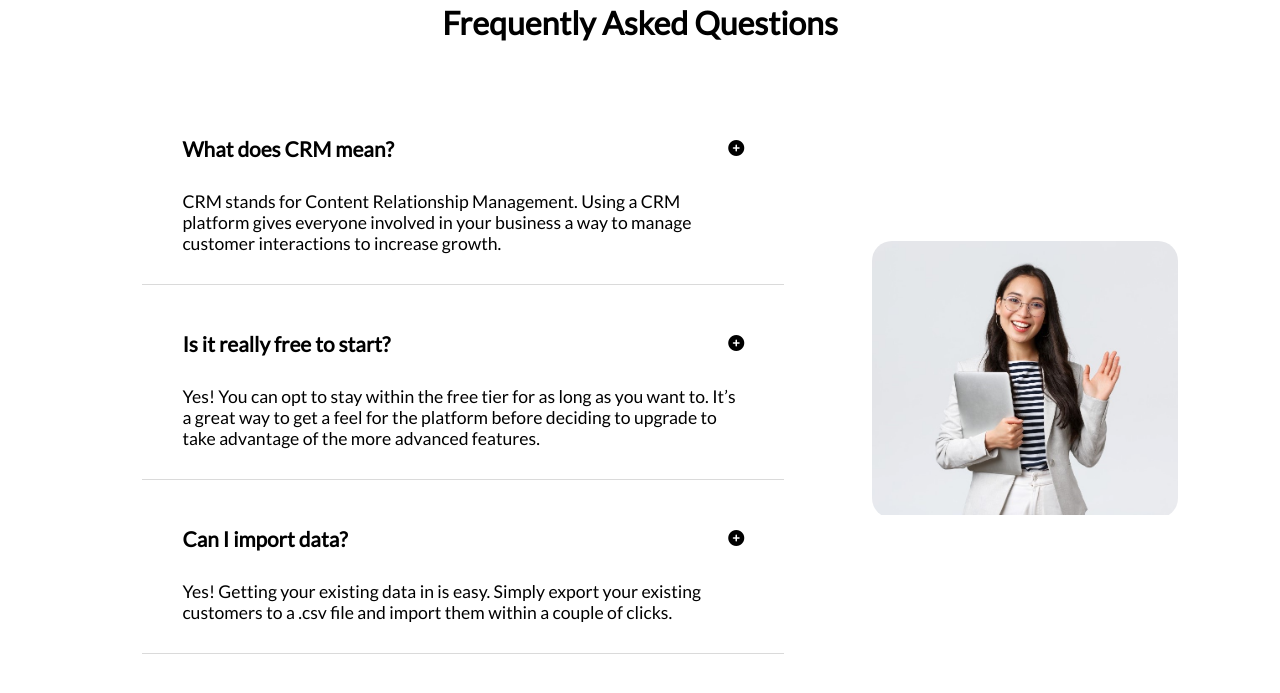
Repository: emiliaiwu/faq_component
Page: index.html
An editor plug-in stored every save of this project. The page is shown before and after the next save, followed by the edit.
The browser window is 1280 px wide. The pictures show the whole page.
Some web libraries are served in a nearby version.

Above is the page before, as saved 2022-12-13 16:12:40.

### index.html
<!DOCTYPE html>
<html lang="en">
<head>
    <meta charset="UTF-8">
    <meta http-equiv="X-UA-Compatible" content="IE=edge">
    <meta name="viewport" content="width=device-width, initial-scale=1.0">
    <link rel="stylesheet" href="style.css">
    <script src="https://kit.fontawesome.com/fd9c36575f.js" crossorigin="anonymous"></script>
    <title>FAQ Component</title>
</head>
<body>
        <h2>Frequently Asked Questions</h2>
        <article class="faq_component">
            <div class="faq_container">
                <div class="faq_content active">
                    <div class="faq_header">
                        <h3>What does CRM mean?</h3>
                        <i class="fa-solid fa-circle-plus"></i>
                    </div>
                    <div class="content_wrap">
                        <p class="content hidden">
                            CRM stands for Content Relationship Management. Using a CRM platform gives everyone involved in your business a way to manage customer interactions to increase growth.
                        </p>
                    </div>
                </div>

                <div class="faq_content">
                    <div class="faq_header">
                        <h3>Is it really free to start?</h3>
                        <i class="fa-solid fa-circle-plus"></i>
                    </div>
                    <div class="content_wrap">
                        <p class="content hidden">
                            Yes! You can opt to stay within the free tier for as long as you want to. It’s a great way to get a feel for the platform before deciding to upgrade to take advantage of the more advanced features.
                        </p>
                    </div>
                </div>

                <div class="faq_content">
                    <div class="faq_header">
                        <h3>Can I import data?</h3>
                        <i class="fa-solid fa-circle-plus"></i>
                    </div>
                    <div class="content_wrap">
                         <p class="content hidden">
                            Yes! Getting your existing data in is easy. Simply export your existing customers to a .csv file and import them within a couple of clicks.
                        </p>
                    </div>
                </div>
            </div>
            <div class="faq_image">
                <img src="img/meeting.jpg" alt="">
            </div>
        </article>
 <script src="script.js"></script>
</body>
</html>

### style.css
@import url('https://fonts.googleapis.com/css2?family=Lato:wght@300;400&display=swap');

* {
    margin: 0;
    padding: 0;
    box-sizing: border-box;
}

body {
    font-family: 'Lato', sans-serif;
    max-width: 100vw;
    min-height: 100vh;
    flex-direction: column;

}

body,
.faq_component,
.faq_container {
    display: flex;
    align-items: center;
    justify-content: center;

}


/* TYPOGRAPHY */
h2 {
    text-align: center;
    font-size: 2rem;
    font-family: inherit;

}

h3 {
    font-size: 1.3rem;
    font-family: inherit;
}

p {
    font-size: 1.1rem;
    font-family: inherit;
    height: 100%;
}



/* MAIN BODY */
.faq_component {
    margin: 4rem 8vw;
    gap: 3rem;
}

.faq_image {
    max-width: 800px;
    /* width: 100%; */
    border-radius: 20px;
    overflow: hidden;
}

img {
    width: 100%;
    height: auto;
}

.faq_container {
    padding: 0 40px;
    flex-direction: column;
    gap: 1rem;
}

.faq_header {
    display: flex;
    align-items: center;
    justify-content: space-between;
    padding: 30px 0px 30px 0;
}

.faq_content {
    padding: 0 40px;
    border-bottom: 1px solid rgba(0, 0, 0, 0.146);
}






.content_wrap {
    max-height: 150px;
    padding: 0 0 30px;
}





@media only screen and (max-width: 1000px) {
    .faq_component {
        flex-direction: column;
        margin: 4rem 8vw;
    }

    h2 {
        margin-top: 3rem;
    }

    .faq_container {
        padding: 0;
    }

    .content_wrap {
    max-height: 300px;
    padding: 0 0 30px;
    }
}

### script.js
'use strict';
const faqHeader = document.querySelectorAll('.faq_header');
const faqContent = document.querySelectorAll('.faq_content');
const content = document.querySelector('.content');



faqContent.forEach((faq) => {
    faq.addEventListener('click', function () {
        // deselect();
        faq.classList.toggle('active');

    });
})


// const deselect = () => {
//     faqHeader.forEach((faq) => {
//         faqContent.classList.remove('active');
// 		content.classList.add('hidden');
// 		faq.classList.remove('open');
//     })
// }

After the next save:
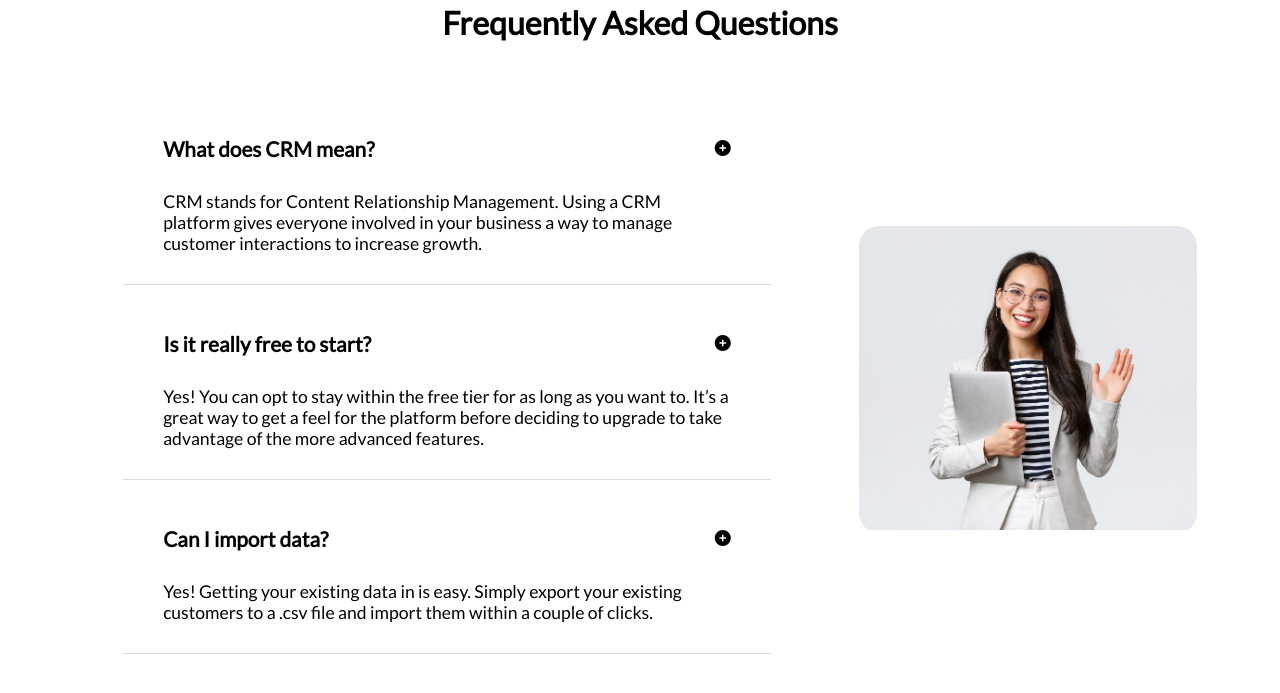
Saved 11 s later.
--- a/style.css
+++ b/style.css
@@ -52,7 +52,7 @@ p {
 }
 
 .faq_image {
-    max-width: 800px;
+    width: 800px;
     /* width: 100%; */
     border-radius: 20px;
     overflow: hidden;
